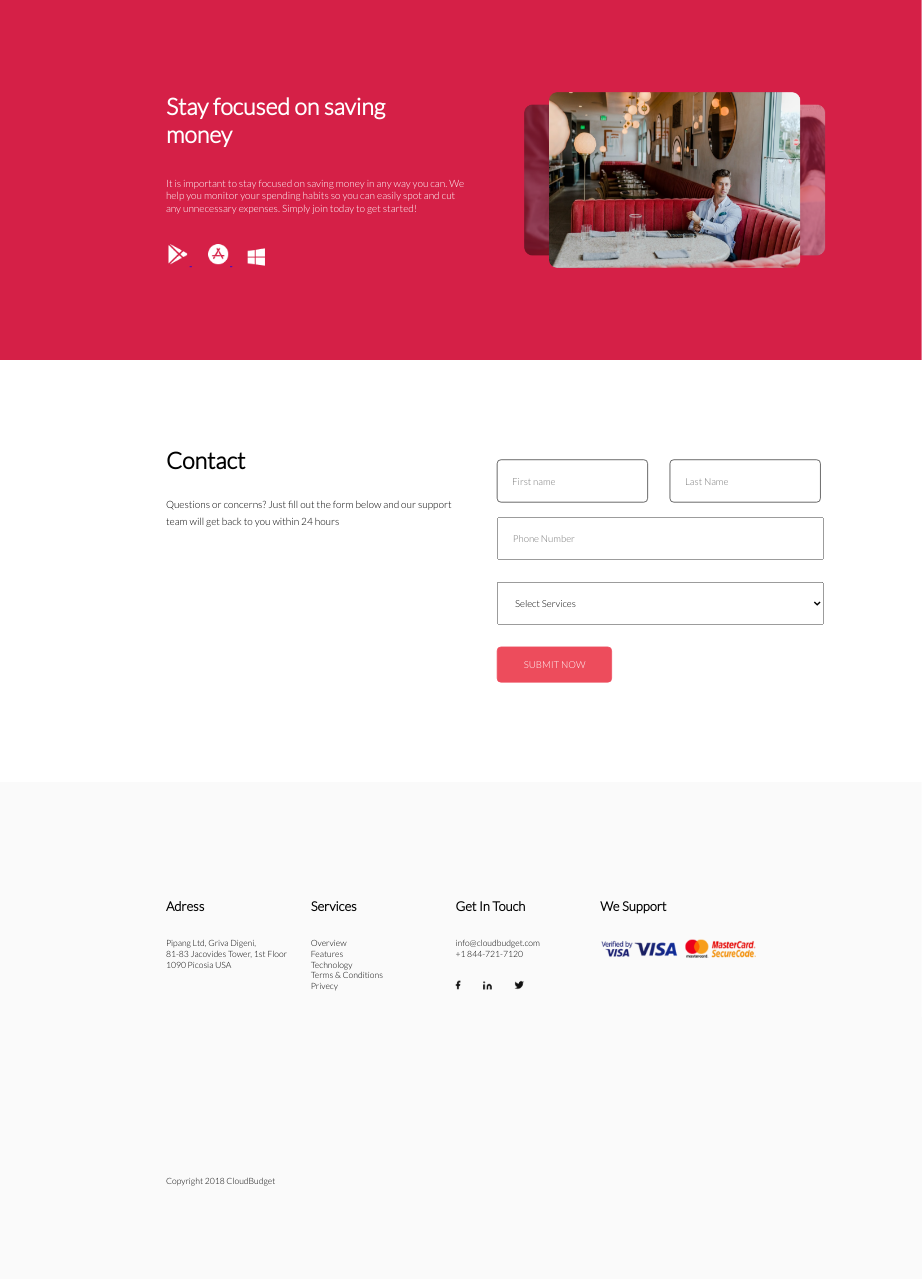
Repository: batonAnton/Cursor_lecture4
Page: index.html
An editor plug-in stored every save of this project. The page is shown before and after the next save, followed by the edit.
The browser window is 1280 px wide. The pictures show the whole page, at 72% of full size.
Pictures or frames that could not be fetched are drawn as grey boxes.

Above is the page before, as saved 2022-06-09 17:37:52.

After the next save:
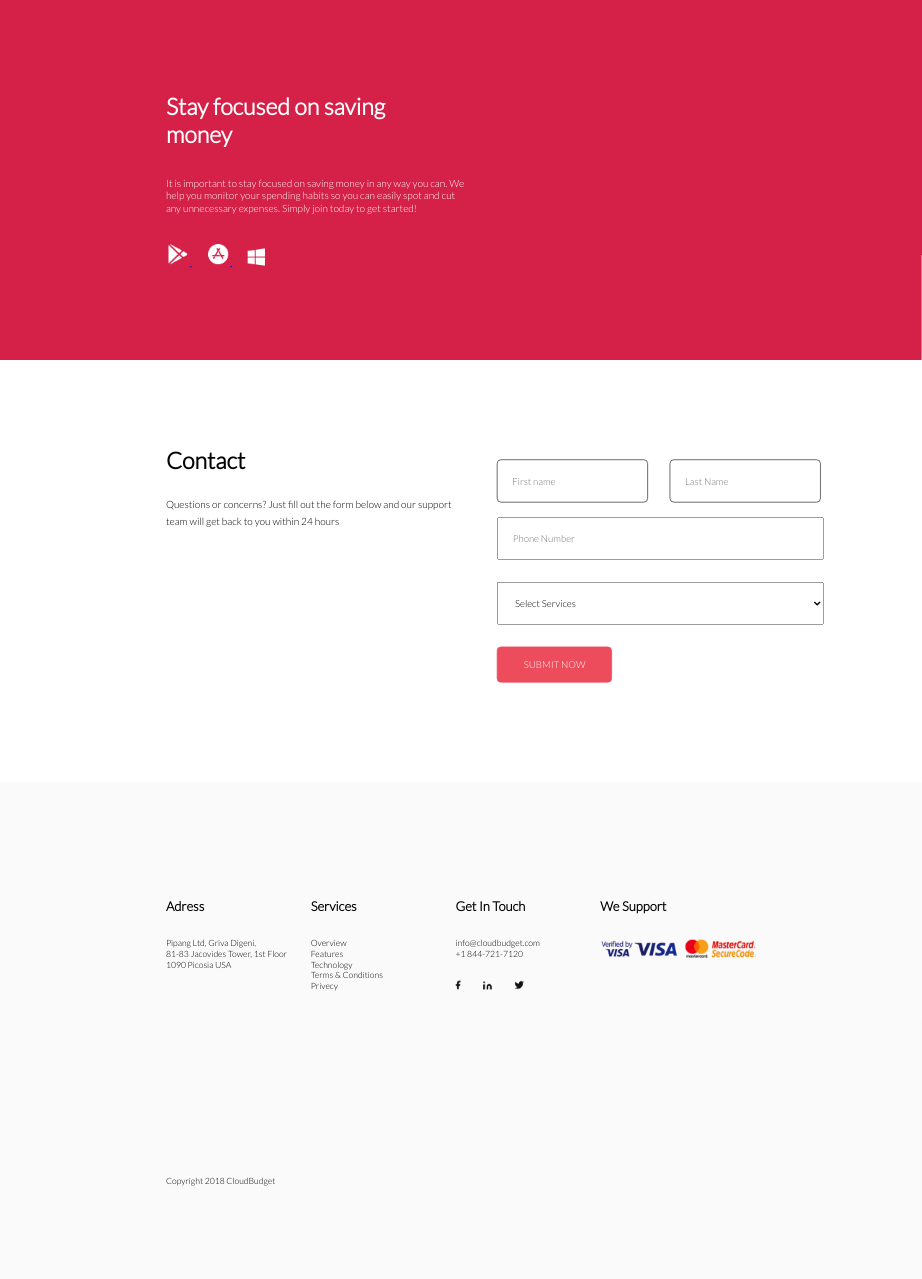
Not found: css/Phoro.png
Saved 44 s later.
--- a/css/style.css
+++ b/css/style.css
@@ -42,7 +42,7 @@
 }
 
 .big_img {
-  background-image: url("/image/Photo.png");
+  background-image: url("Phoro.png");
   width: 70%;
   background-repeat: no-repeat;
   background-position: center;

After the save that followed:
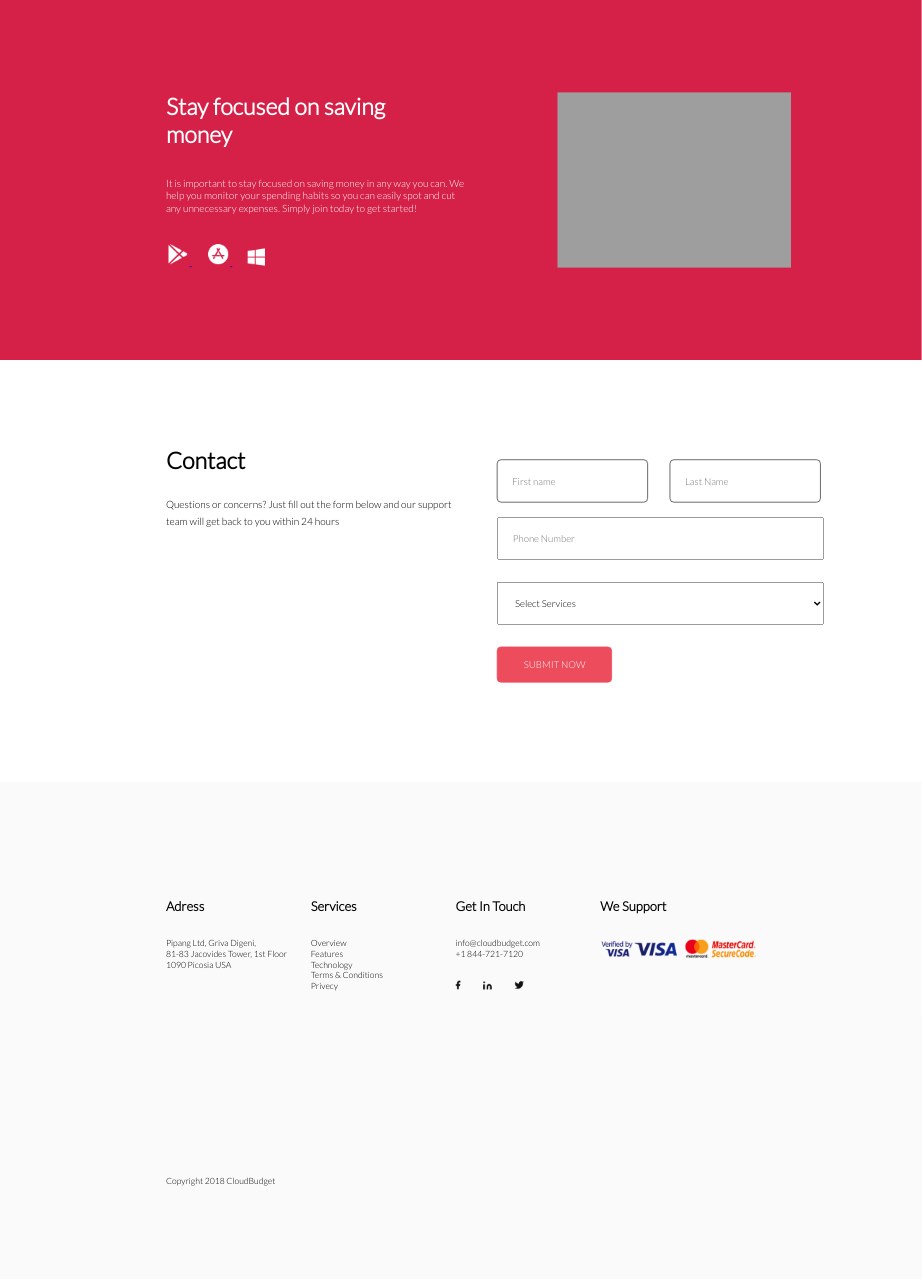
Saved 5 min 1 s later.
--- a/css/style.css
+++ b/css/style.css
@@ -42,7 +42,7 @@
 }
 
 .big_img {
-  background-image: url("Phoro.png");
+  background: url(image\Photo.png);
   width: 70%;
   background-repeat: no-repeat;
   background-position: center;
